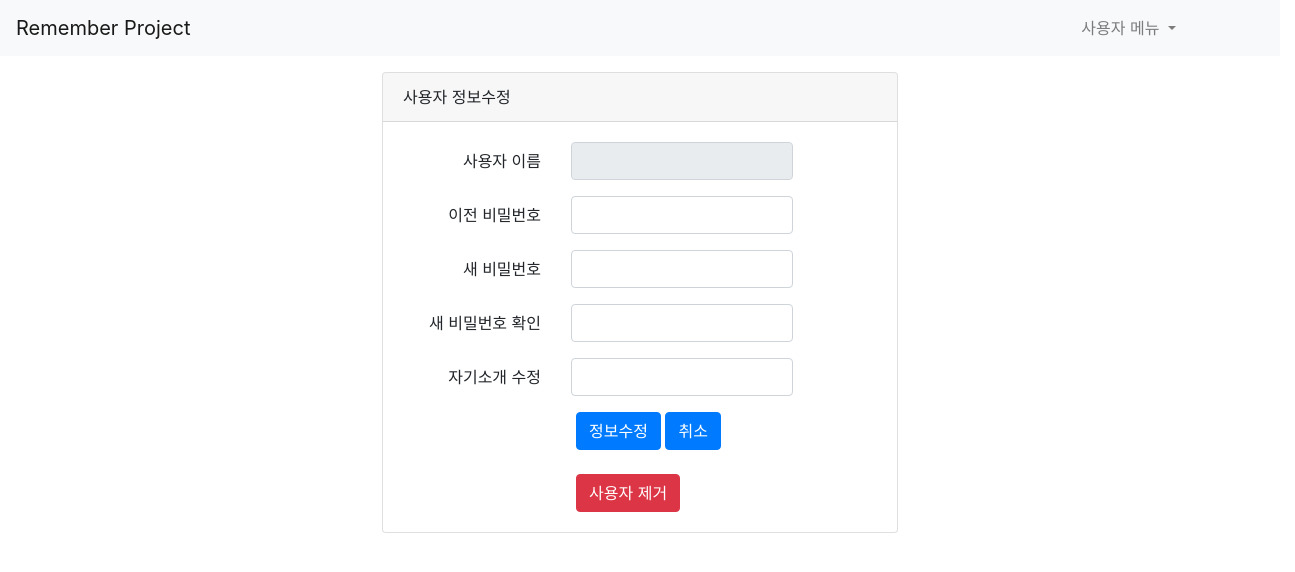
Repository: Pastelkun99/remembrance
Page: http://localhost/ProjectRemembrance/WEB-INF/views/user/userUpdate.jsp
These files come from the project's save history. The page is drawn as it stood at one moment and after the next save; the edit follows.
The browser window is 1280 px wide. The page is 1295 px wide, so the pictures cover 1295 px, including what lies to the right of the window. The pictures show the whole page.
The page is served by Tomcat 9. Nobody is signed in. Other server files are loaded and not shown. The template is opened directly, without the code that normally fills it, so the values that code supplies are empty.

Above is the page before, as saved 2019-08-26 05:38:57.

### ProjectRemembrance/src/main/webapp/WEB-INF/views/user/userUpdate.jsp
<%@ page language="java" contentType="text/html; charset=UTF-8"
    pageEncoding="UTF-8"%>
<!DOCTYPE html>
<html>
<head>
<meta charset="UTF-8">
	<title>회원정보수정</title>
<jsp:include page="../bootstrap.jsp"></jsp:include>
</head>
<body>
	<%-- <form action="userUpdate.do" method="post">
		사용자 이름 : <input type="text" name="user_id" value="${user.user_id }" readonly/><br/>
		이전 비밀번호 : <input type="password" name="user_pw_before"/><br/>
		비밀번호 : <input type="password" name="user_pw"/><br/>
		비밀번호 확인 : <input type="password" name="user_pw_confirm"/><br/>
		자기소개 : <input type="text" name="user_motto" value="${user.user_motto }"/><br/>
		<input type="submit" value="수정하기"/>
		<input type="button" value="취소" onclick="/main.do"/>
	</form> --%>

<jsp:include page="../navigation.jsp"></jsp:include>

	<main class="login-form">
	<div class="cotainer">
		<div class="row justify-content-center">
			<div class="col-md-5">
				<div class="card">
					<div class="card-header">사용자 정보수정</div>
					<div class="card-body">

						<form action="userUpdate.do" method="post">
							<div class="form-group row">
								<label for="email_address"
									class="col-md-4 col-form-label text-md-right">사용자 이름</label>
								<div class="col-md-6" style="padding-bottom:0px">
									<input type="text" id="user_id" class="form-control" name="user_id" readonly="readonly" value="${user.user_id }">
								</div>
							</div>

							<div class="form-group row">
								<label for="password"
									class="col-md-4 col-form-label text-md-right">이전 비밀번호</label>
								<div class="col-md-6">
									<input type="password" id="user_pw_before" class="form-control"	name="user_pw_before" oninput="return pwChangeCheck()" required>
									<div id="pwchecktext" style="text-align:center; margin-left:0px; margin-bottom:0px;"></div>
								</div>
							</div>

							<div class="form-group row">
								<label for="password_confirm"
									class="col-md-4 col-form-label text-md-right">새 비밀번호</label>
								<div class="col-md-6">
									<input type="password" id="user_pw" class="form-control" name="user_pw" required>
								</div>
							</div>

							<div class="form-group row">
								<label for="password_confirm"
									class="col-md-4 col-form-label text-md-right">새 비밀번호 확인</label>
								<div class="col-md-6">
									<input type="password" id="user_pw_confirm" class="form-control" name="user_pw_confirm" required>
								</div>
							</div>

							<div class="form-group row">
								<label for="motto"
									class="col-md-4 col-form-label text-md-right">자기소개 수정</label>
								<div class="col-md-6">
									<input type="text" id="motto" class="form-control" name="user_motto" value="${user.user_motto }" required>
								</div>
							</div>

							<div class="col-md-6 offset-md-4">
								<button type="submit" id="updatebtn" class="btn btn-primary">정보수정</button>
								<button type="button" class="btn btn-primary" onclick="location.href='../main.do'">취소</button>
								<br/><br/>
								<button type="button" class="btn btn-danger" onclick="location.href='userDelete.do'">사용자 제거</button>
							</div>
					</div>
					</form>
				</div>
			</div>
		</div>
	</div>
	</div>
	</main>

	<script>

	</script>
</body>
</html>

### ProjectRemembrance/src/main/webapp/WEB-INF/views/bootstrap.jsp
<link rel="stylesheet" href="https://stackpath.bootstrapcdn.com/bootstrap/4.3.1/css/bootstrap.min.css" integrity="sha384-ggOyR0iXCbMQv3Xipma34MD+dH/1fQ784/j6cY/iJTQUOhcWr7x9JvoRxT2MZw1T" crossorigin="anonymous">
<script src="https://code.jquery.com/jquery-3.3.1.slim.min.js" integrity="sha384-q8i/X+965DzO0rT7abK41JStQIAqVgRVzpbzo5smXKp4YfRvH+8abtTE1Pi6jizo" crossorigin="anonymous"></script>
<script src="https://cdnjs.cloudflare.com/ajax/libs/popper.js/1.14.7/umd/popper.min.js" integrity="sha384-UO2eT0CpHqdSJQ6hJty5KVphtPhzWj9WO1clHTMGa3JDZwrnQq4sF86dIHNDz0W1" crossorigin="anonymous"></script>
<script src="https://stackpath.bootstrapcdn.com/bootstrap/4.3.1/js/bootstrap.min.js" integrity="sha384-JjSmVgyd0p3pXB1rRibZUAYoIIy6OrQ6VrjIEaFf/nJGzIxFDsf4x0xIM+B07jRM" crossorigin="anonymous"></script>

### ProjectRemembrance/src/main/webapp/WEB-INF/views/navigation.jsp
<%@ page language="java" contentType="text/html; charset=UTF-8"%>
<%@ taglib uri="http://java.sun.com/jsp/jstl/core" prefix="c"%>
<%@ taglib uri="http://www.springframework.org/tags/form" prefix="form"%>
<%@ page session="true" pageEncoding="UTF-8"%>

<nav class="navbar navbar-expand-lg navbar-light bg-light">
		<a class="navbar-brand" href="${pageContext.request.contextPath}/main.do">Remember Project</a>
		<button class="navbar-toggler" type="button" data-toggle="collapse"
			data-target="#navbarSupportedContent"
			aria-controls="navbarSupportedContent" aria-expanded="false"
			aria-label="Toggle navigation">
			<span class="navbar-toggler-icon"></span>
		</button>

		<div class="collapse navbar-collapse" id="navbarSupportedContent">
			<ul class="navbar-nav mr-auto">
			</ul>

			<div class="form-inline my-2 my-lg-0" style="margin-right:80px">
				<ul class="navbar-nav mr-auto">
					<li class="nav-item dropdown">
					<a class="nav-link dropdown-toggle" href="#" id="navbarDropdown"
						role="button" data-toggle="dropdown" aria-haspopup="true"
						aria-expanded="false"> 사용자 메뉴 </a>
						<div class="dropdown-menu" aria-labelledby="navbarDropdown">
						<c:if test="${sessionScope.login_check ne null }">
							<a class="dropdown-item" href="${pageContext.request.contextPath}/word/wordstart.do">학습 시작</a>
							<a class="dropdown-item" href="${pageContext.request.contextPath}/word/wordcard.do">단어장 관리</a>
							<div class="dropdown-divider"></div>
							<a class="dropdown-item" href="${pageContext.request.contextPath}/logout.do">로그 아웃</a>
							<a class="dropdown-item" href="${pageContext.request.contextPath}/user/userUpdate.do">사용자 정보 수정</a>
							<%-- <a class="dropdown-item" href="${pageContext.request.contextPath}/user/userDelete.do">사용자 삭제</a> --%>
						</c:if>
						<c:if test="${sessionScope.login_check eq null }">
							<a class="dropdown-item" href="${pageContext.request.contextPath}/login.do">로그인</a>
							<a class="dropdown-item" href="${pageContext.request.contextPath}/register.do">사용자 등록</a>
						</c:if>
						</div></li>
				</ul>
			</div>
		</div>
	</nav>
	<p>
	</p>

After the next save:
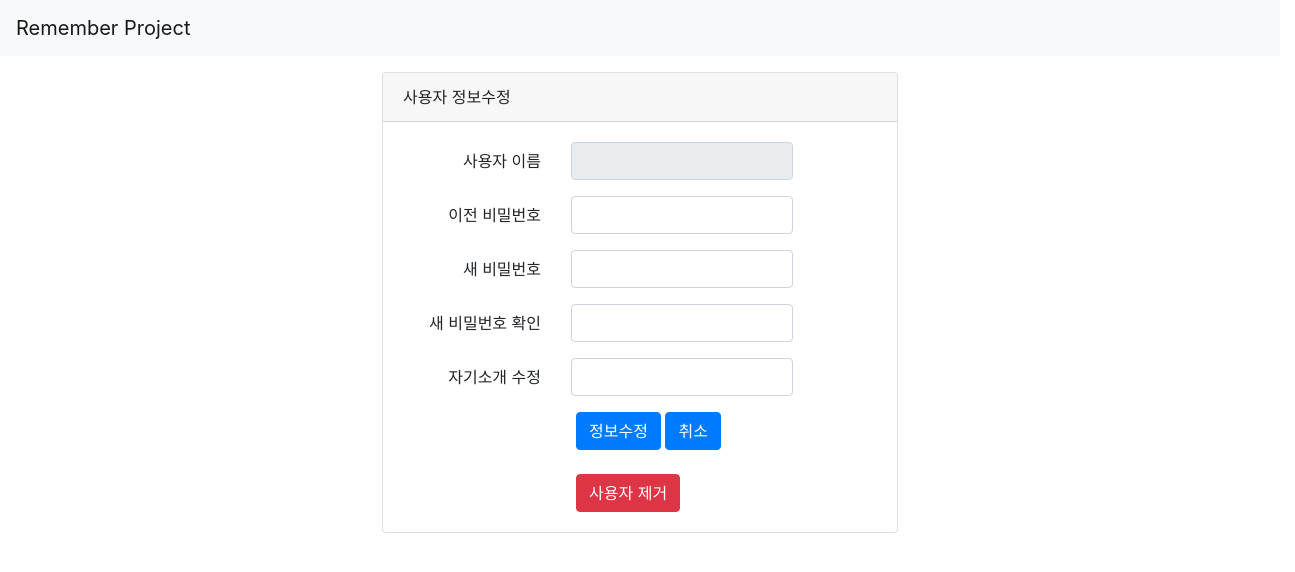
Saved 19 min 50 s later.
--- a/ProjectRemembrance/src/main/webapp/WEB-INF/views/navigation.jsp
+++ b/ProjectRemembrance/src/main/webapp/WEB-INF/views/navigation.jsp
@@ -12,7 +12,7 @@
 			<span class="navbar-toggler-icon"></span>
 		</button>
 
-		<div class="collapse navbar-collapse" id="navbarSupportedContent">
+		<%-- <div class="collapse navbar-collapse" id="navbarSupportedContent">
 			<ul class="navbar-nav mr-auto">
 			</ul>
 
@@ -29,7 +29,7 @@
 							<div class="dropdown-divider"></div>
 							<a class="dropdown-item" href="${pageContext.request.contextPath}/logout.do">로그 아웃</a>
 							<a class="dropdown-item" href="${pageContext.request.contextPath}/user/userUpdate.do">사용자 정보 수정</a>
-							<%-- <a class="dropdown-item" href="${pageContext.request.contextPath}/user/userDelete.do">사용자 삭제</a> --%>
+							<a class="dropdown-item" href="${pageContext.request.contextPath}/user/userDelete.do">사용자 삭제</a>
 						</c:if>
 						<c:if test="${sessionScope.login_check eq null }">
 							<a class="dropdown-item" href="${pageContext.request.contextPath}/login.do">로그인</a>
@@ -38,7 +38,7 @@
 						</div></li>
 				</ul>
 			</div>
-		</div>
+		</div> --%>
 	</nav>
 	<p>
 	</p>
